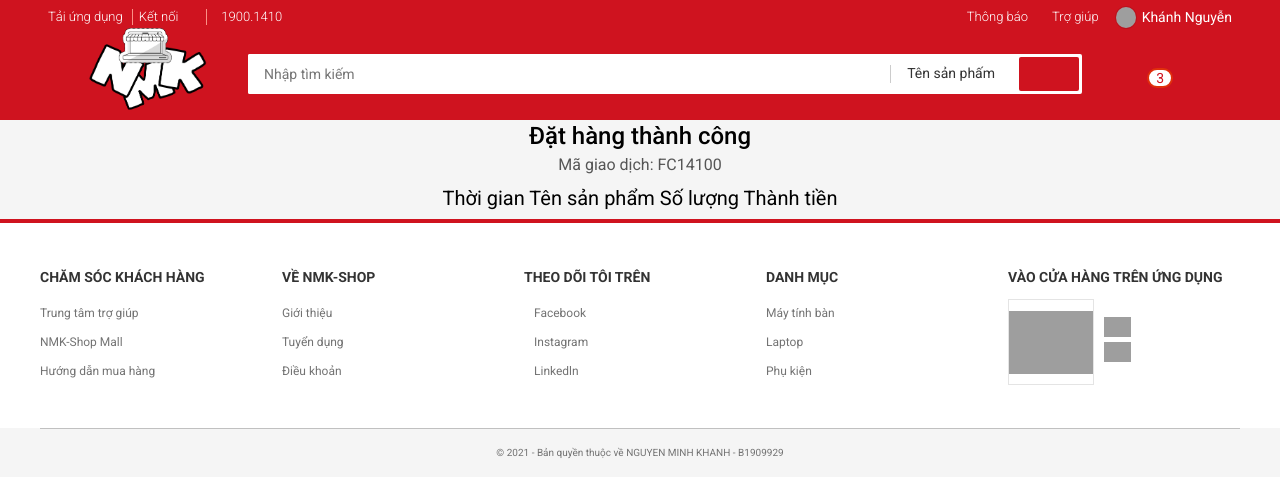
Repository: NguyenMinhKhanhB1909929/NMK-Shop
Page: orderedSuccess.html
These files come from the project's save history. The page is drawn as it stood at one moment and after the next save; the edit follows.
The browser window is 1280 px wide. The pictures show the whole page.
Pictures or frames that could not be fetched are drawn as grey boxes. Some icons come from a web library that is not loaded, so they are not drawn.

Above is the page before, as saved 2021-12-04 16:04:54.
Console error: TypeError: Cannot set properties of null (setting 'onclick')

After the next save:
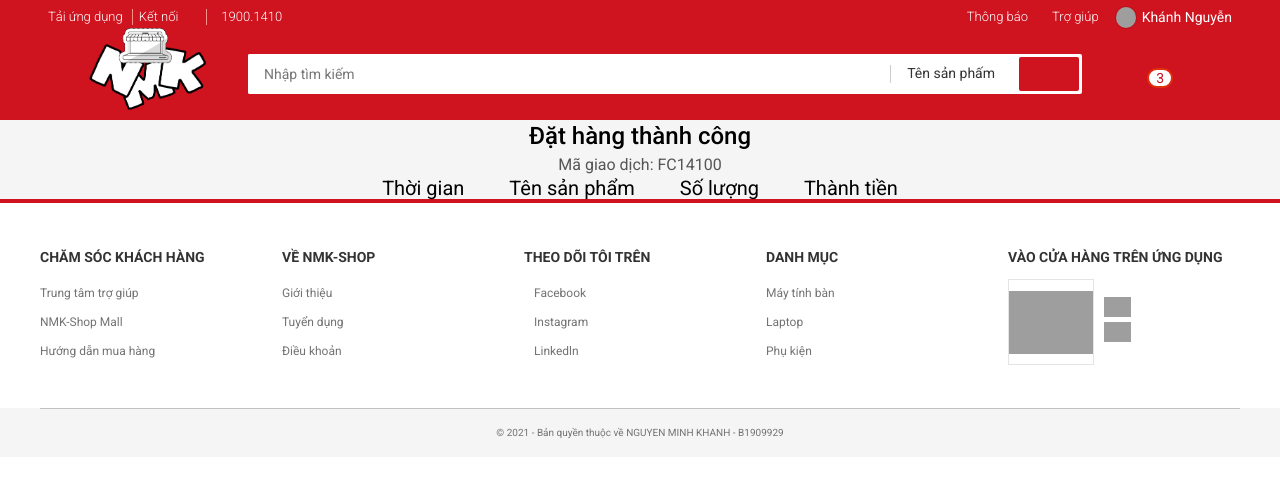
Saved 28 s later.
--- a/assets/css/orderSuccess.css
+++ b/assets/css/orderSuccess.css
@@ -27,13 +27,16 @@
 .ordered__success-table-title {
   font-size: 2rem;
   line-height: 2rem;
+}
+.ordered__success-table-title-time {
   padding: 10px 20px;
 }
-.ordered__success-table-title-time {
-}
 .ordered__success-table-title-name {
+  padding: 10px 20px;
 }
 .ordered__success-table-title-quantity {
+  padding: 10px 20px;
 }
 .ordered__success-table-title-price {
+  padding: 10px 20px;
 }
